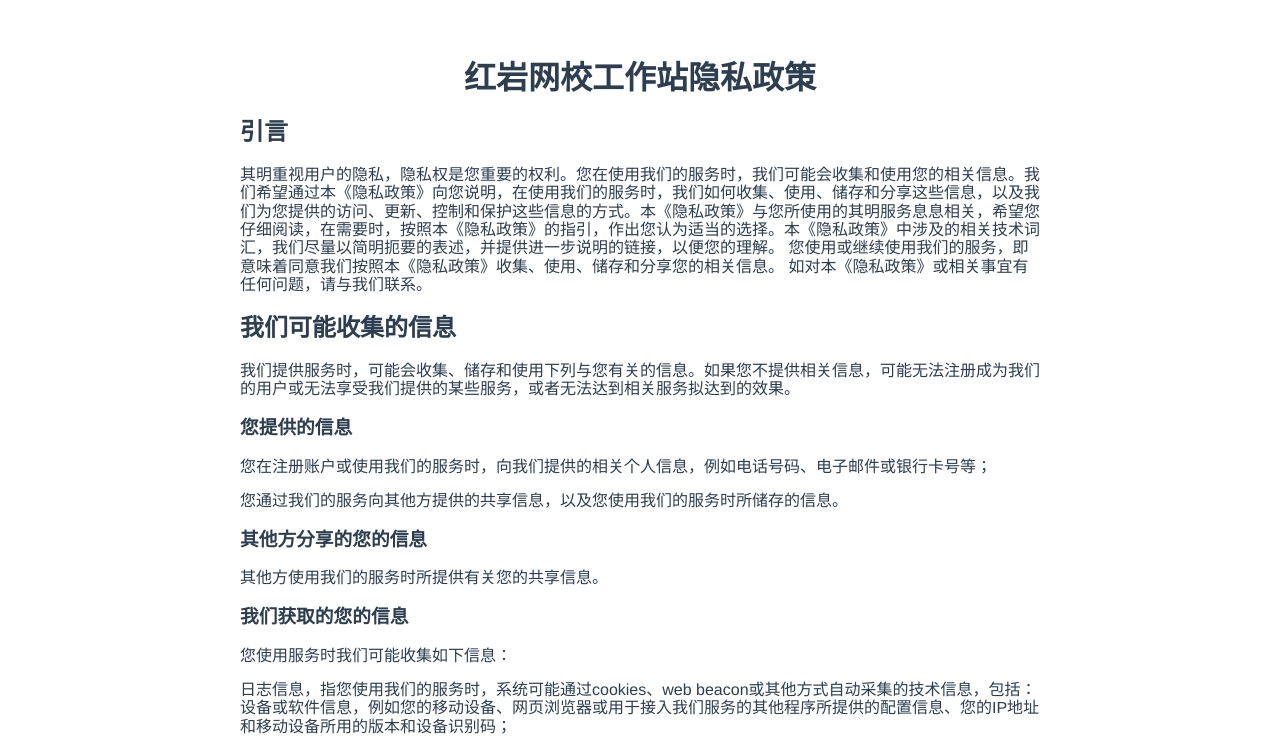
Repository: zl-mdc/privacy-policy
Page: /
An editor plug-in stored every save of this project. The page is shown before and after the next save, followed by the edit.
The browser window is 1280 px wide. The pictures show the whole page.
The project was rebuilt for these pictures with package versions that can differ from the ones it lists, and the page was loaded fresh each time.

Above is the page before, as saved 2020-09-17 15:37:26.

### src/main.js
import Vue from 'vue'
import App from './App.vue'
import 'normalize.css'

Vue.config.productionTip = false

new Vue({
  render: h => h(App),
}).$mount('#app')

### src/App.vue
<template>
  <div id="app">
    <Info />
  </div>
</template>

<script>
import Info from './components/Info';

export default {
  name: 'App',
  components: {
    Info
  }
}
</script>

<style>
#app {
  font-family: Avenir, Helvetica, Arial, sans-serif;
  -webkit-font-smoothing: antialiased;
  -moz-osx-font-smoothing: grayscale;
  text-align: center;
  color: #2c3e50;
  margin-top: 60px;
}
</style>

### src/components/Info.vue
<!--
 * @Author: Code_Master
 * @Date: 2020-09-17 15:00:51
 * @LastEditTime: 2020-09-17 15:37:26
 * @LastEditors: Code_Master
 * @FilePath: /privacy-policy/src/components/Info.vue
 * @Description: The first 90% of the code accounts for the first 90% of the development time. The remaining 10% of the code accounts for the other 90% of the development time.
-->
<template>
    <div id="info">
          <h1>红岩网校工作站隐私政策</h1>

          <h2>引言</h2>
          <p><span></span>其明重视用户的隐私，隐私权是您重要的权利。您在使用我们的服务时，我们可能会收集和使用您的相关信息。我们希望通过本《隐私政策》向您说明，在使用我们的服务时，我们如何收集、使用、储存和分享这些信息，以及我们为您提供的访问、更新、控制和保护这些信息的方式。本《隐私政策》与您所使用的其明服务息息相关，希望您仔细阅读，在需要时，按照本《隐私政策》的指引，作出您认为适当的选择。本《隐私政策》中涉及的相关技术词汇，我们尽量以简明扼要的表述，并提供进一步说明的链接，以便您的理解。 您使用或继续使用我们的服务，即意味着同意我们按照本《隐私政策》收集、使用、储存和分享您的相关信息。 如对本《隐私政策》或相关事宜有任何问题，请与我们联系。 </p>

          <h2>我们可能收集的信息</h2>
          <p>我们提供服务时，可能会收集、储存和使用下列与您有关的信息。如果您不提供相关信息，可能无法注册成为我们的用户或无法享受我们提供的某些服务，或者无法达到相关服务拟达到的效果。</p>
          <h3>您提供的信息</h3>
          <p>您在注册账户或使用我们的服务时，向我们提供的相关个人信息，例如电话号码、电子邮件或银行卡号等；</p>
          <p>您通过我们的服务向其他方提供的共享信息，以及您使用我们的服务时所储存的信息。</p>
          <h3>其他方分享的您的信息</h3>
          <p>其他方使用我们的服务时所提供有关您的共享信息。</p>
          <h3>我们获取的您的信息</h3>
          <p>您使用服务时我们可能收集如下信息：</p>
          <p>日志信息，指您使用我们的服务时，系统可能通过cookies、web beacon或其他方式自动采集的技术信息，包括：设备或软件信息，例如您的移动设备、网页浏览器或用于接入我们服务的其他程序所提供的配置信息、您的IP地址和移动设备所用的版本和设备识别码；</p>
    </div>
</template>

<script>
export default {
    name: "Info",
}
</script>

<style>
    #info {
        width: 800px;
        margin: 0 auto;
    }
    h2 {
        text-align: left;
    }
    p {
        text-align: left;
    }
    h3 {
        text-align: left;
    }
</style>

Loaded but not shown: public/index.html (common file)

After the next save:
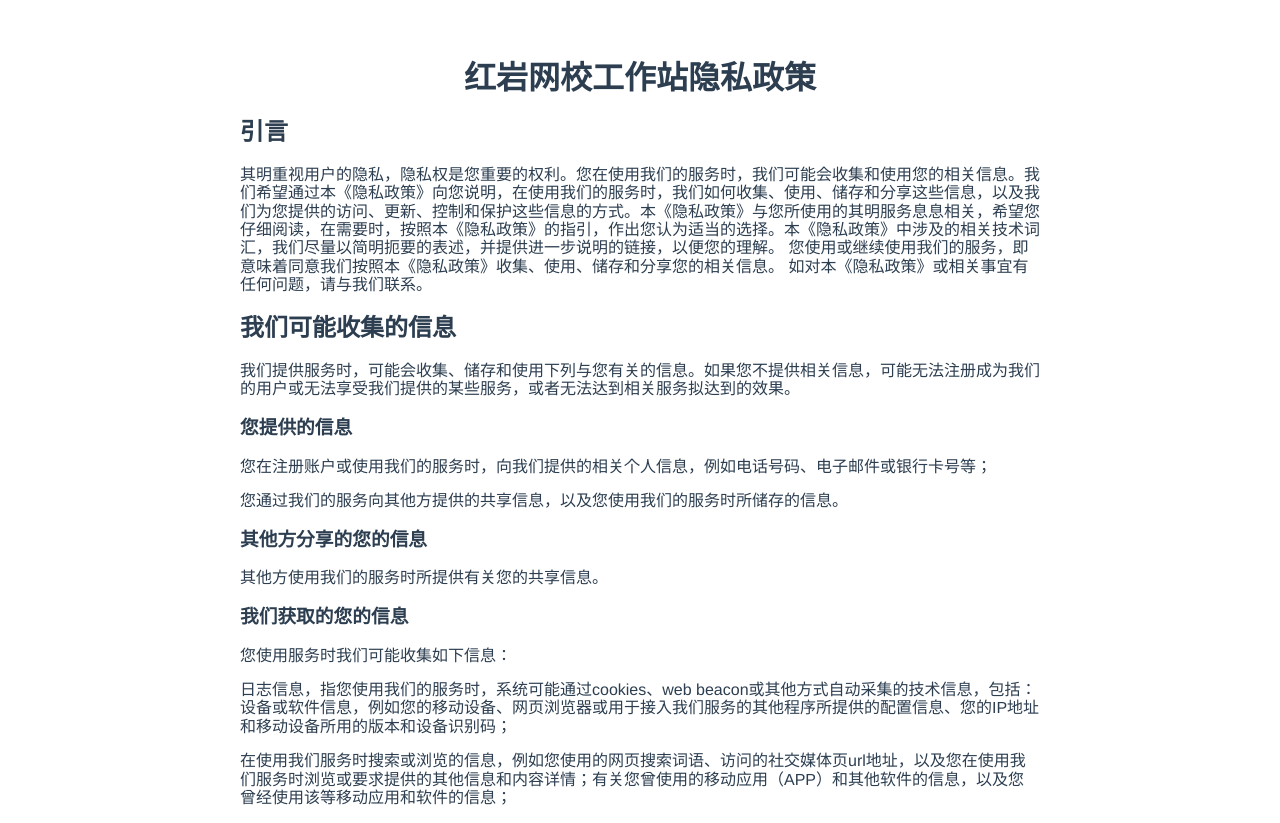
Saved 21 s later.
--- a/src/components/Info.vue
+++ b/src/components/Info.vue
@@ -1,7 +1,7 @@
 <!--
  * @Author: Code_Master
  * @Date: 2020-09-17 15:00:51
- * @LastEditTime: 2020-09-17 15:37:26
+ * @LastEditTime: 2020-09-17 15:37:47
  * @LastEditors: Code_Master
  * @FilePath: /privacy-policy/src/components/Info.vue
  * @Description: The first 90% of the code accounts for the first 90% of the development time. The remaining 10% of the code accounts for the other 90% of the development time.
@@ -23,6 +23,8 @@
           <h3>我们获取的您的信息</h3>
           <p>您使用服务时我们可能收集如下信息：</p>
           <p>日志信息，指您使用我们的服务时，系统可能通过cookies、web beacon或其他方式自动采集的技术信息，包括：设备或软件信息，例如您的移动设备、网页浏览器或用于接入我们服务的其他程序所提供的配置信息、您的IP地址和移动设备所用的版本和设备识别码；</p>
+          <p>在使用我们服务时搜索或浏览的信息，例如您使用的网页搜索词语、访问的社交媒体页url地址，以及您在使用我们服务时浏览或要求提供的其他信息和内容详情；有关您曾使用的移动应用（APP）和其他软件的信息，以及您曾经使用该等移动应用和软件的信息；</p>
+
     </div>
 </template>
 
